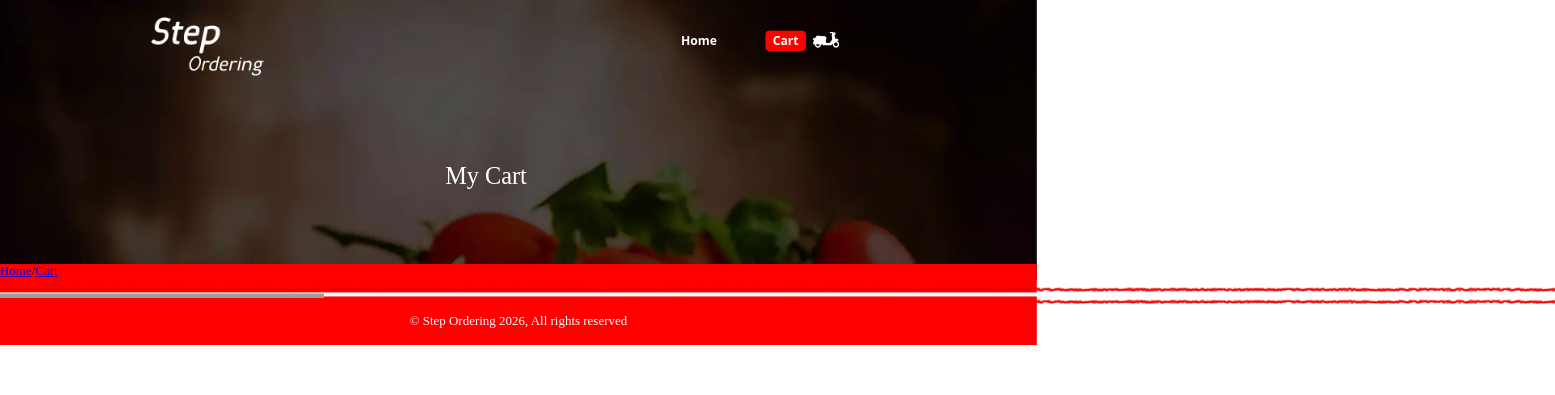
Repository: anastasia29-step/OnlineRestaurant
Page: Cart.html
The author's editor kept a copy of each file at every save. The page is drawn from the files as they stood at one save, then again after a run of saves.
The browser window is 1280 px wide. The page is 1920 px wide, so the pictures cover 1920 px, including what lies to the right of the window. The pictures show the whole page, at 81% of full size.
Pictures or frames that could not be fetched are drawn as grey boxes.

Above is the page before, as saved 2026-03-11 20:30:09.

### Cart.html
<!DOCTYPE html>
<html lang="en">
<head>
    <meta charset="UTF-8">
    <meta name="viewport" content="width=device-width, initial-scale=1.0">
    <title>Document</title>
    <link rel="stylesheet" href="./cart.css">
    <link rel="stylesheet" href="./style.css">
</head>
<body>
    <section class="FirstLine">

        <div class="beside" id="navbar">
            <div class="left">
                <a href="./index.html"><img src="./photo/logo.png" alt=""></a>
            </div>

            <div class="right">
                <a href="./index.html">Home</a>
                <a href="./Cart.html" class="a">Cart</a>
                <a href="./Cart.html">
                    <img src="./photo/istockphoto-609074524-612x612 Background Removed.png" alt=""></a>
            </div>
        </div>

        <div class="bottom">
            <h1>My Cart</h1>
        </div>

    </section>

    <div class="fisrtimg">
        <img src="./photo/border.png" alt="" class="firBorder">
    </div>

    <section class="SecondLine">
        <a href="./index.html">Home</a>
        <p>/</p>
        <a href="./Cart.html">Cart</a>
    </section>

    <div class="fisrtimg">
        <img src="./photo/border.png" alt="" class="firBorder">
    </div>


    <footer>
            <p>© Step Ordering 2026, All rights reserved</p>
    </footer>
</body>
</html>

### cart.css
* {
    margin: 0;
    padding: 0;
    box-sizing: border-box;
}

section.SecondLine {
    background-color: #FF0000;
    height: 35px;
    display: flex;
    width: 100%;
    margin-top: -25px;
}

.fisrtimg {
    width: 100%;
    height: 5px;
}

### style.css
* {
    margin: 0;
    padding: 0;
    box-sizing: border-box;
}

.section {
    display: flex;
    flex-direction: column;
    justify-content: center;
    align-items: center;
    padding: 60px;
    gap: 10px;
}

section.section img {
    width: 80%;
    height: 5px;
    display: flex;
    justify-content: center;
    align-items: center;
}

.section h1 {
    font-style: bold;
    font-family: "Roboto Slab", serif;
    font-weight: 900;
}

ul {
    display: flex;
    justify-content: center;
    height: 80px;
    flex-wrap: wrap;
    list-style: none;
    font-weight: 400;
    gap: 18px;
    font-family: system-ui, -apple-system, BlinkMacSystemFont, 'Segoe UI', Roboto, Oxygen, Ubuntu, Cantarell, 'Open Sans', 'Helvetica Neue', sans-serif;
    align-items: center;
    margin-bottom: -12px;
}

ul::after {
    content: "";
    display: block;
    height: 6px;
    background-image: url("border.png");
    background-repeat: repeat-x;
    background-position: bottom;
}

.FirstLine {
    height: 48vh;
    background-image: url(./photo/inner_banner.jpg);
    background-position: center;
    background-repeat: no-repeat;
    background-size: cover;
    padding-left: 170px;
    padding-top: 20px;
}

.beside {
    position: fixed;
    top: 0;
    left: 0;
    width: 100%;
    display: flex;
    justify-content: space-between;
    padding: 20px 170px;
    transition: 0.3s;
    z-index: 1000;
}

.beside.active {
    background: rgba(5, 5, 5, 0.8);
}

.beside.active::after {
    content: "";
    position: absolute;
    bottom: 0;
    left: 0;
    width: 100%;
    height: 100px;
    background-image: url("photo/border.png");
    background-repeat: repeat-x;
    content: "";
    position: absolute;
    bottom: 0;
    left: 0;
    width: 100%;
    height: 5px;
    background-image: url("photo/border.png");
    background-repeat: repeat-x;
}

.beside .right {
    display: flex;
    gap: 20px;
    padding-right: 60px;
    padding-top: 20px;
}

.FirstLine .right :first-child:hover {
    color: #FFCC00;
}

.beside .right a {
    text-decoration: none;
    color: white;
    font-family: system-ui, -apple-system, BlinkMacSystemFont, 'Segoe UI', Roboto, Oxygen, Ubuntu, Cantarell, 'Open Sans', 'Helvetica Neue', sans-serif;
    font-size: 15px;
    font-weight: 700;
}

.beside .right .a {
    background-color: red;
    width: 50px;
    height: 25px;
    padding-top: 2px;
    text-align: center;
    border-radius: 5px;
    margin-top: -2px;
    margin-left: 40px;
}

.beside .right .a:hover+a img {
    transform: translateX(50px);
}

.beside .right img {
    width: 60px;
    margin-top: -21px;
    margin-left: -25px;
    transition: transform 3.0s;
}

.FirstLine .bottom h1 {
    text-align: center;
    color: white;
    margin-top: 180px;
    margin-right: 250px;
    font-size: 30px;
    font-weight: 500;
    font-family: "Roboto Slab", serif;
}

.section h1 {
    font-weight: 500;
    font-size: 35px;
}

ul li {
    height: 100%;
    font-size: 20px;
    cursor: pointer;
    transition: 0.5s;
    display: flex;
    flex-wrap: wrap;
    justify-content: center;
    align-items: center;
    padding: 5px;
    position: relative;
}

ul li:hover {
    background-color: red;
    color: white;
    position: relative;

}

ul li:hover::after {
    position: absolute;
    left: 0;
    right: 0;
    top: -4px;
    margin: auto;
    content: "";
    background: url(https://restaurant.stepprojects.ge/images/copyright_border.png);
    width: 100%;
    height: 6px;
    background-repeat: no-repeat;
}

ul li:hover::before {
    position: absolute;
    content: "";
    left: -4px;
    bottom: 0;
    top: 0;
    margin: auto;
    background: url(/photo/hover_Vbg.png);
    width: 6px;
}

.sectionCard {
    display: flex;
    width: 100%;
    padding: 60px;
    margin-top: -140px;
    justify-content: center;
}

.leftSide {
    width: 30%;
    padding: 40px;
    margin-left: 50px;
}

.filteredCard {
    width: 250px;
    height: 390px;
    display: flex;
    flex-direction: column;
    justify-content: space-between;
    align-items: center;
    padding: 20px;
    padding-bottom: 20px;
    background-color: #F1F1F1;
    border: 1px solid rgb(174, 172, 172);
    border-radius: 5px;
    font-family: system-ui, -apple-system, BlinkMacSystemFont, 'Segoe UI', Roboto, Oxygen, Ubuntu, Cantarell, 'Open Sans', 'Helvetica Neue', sans-serif;
    font-size: 18px;
    margin-left: 50px;

}

.filteredCard p {
    margin-top: -5px;
    margin-bottom: 10px;
}

.first {
    display: flex;
    width: 100%;
    justify-content: space-between;
}

.next {
    display: flex;
    align-items: center;
    text-align: center;
    width: 200px;
    height: 40px;
    gap: 10px;
    margin-top: -30px;
    margin-bottom: -10px;
}

.next .check {
    width: 20px;
    height: 20px;
    cursor: pointer;
    appearance: none;
    border: 2px solid grey;
    border-radius: 2px;
}
.next .check:checked {
    background-color: red;
    border: 2px solid red;
}
.next .check:checked::after {
    content: "✔";
    color: white;
    font-size: 14px;
    display: flex;
    justify-content: center;
    align-items: center;
}

.check:hover {
    border: 2px solid black;
}

.next p {
    font-size: 15px;
    margin-top: 5px;
}

.filteredCard button {
    height: 45px;
    width: 210px;
    background-color: #FF0000;
    color: white;
    border: none;
    border-radius: 5px;
    cursor: pointer;
    transition: 0.5s;
    font-size: 16px;
    font-family: system-ui, -apple-system, BlinkMacSystemFont, 'Segoe UI', Roboto, Oxygen, Ubuntu, Cantarell, 'Open Sans', 'Helvetica Neue', sans-serif;
    font-weight: 800;
}

.reset {
    margin-bottom: 25px;
}

.range {
    width: 90%;
    appearance: none;
    -webkit-appearance: none;
    margin-top: -40px;
}

.range::-webkit-slider-runnable-track {
    height: 10px;
    background: #FF0000;
    border-radius: 10px;
}

.range::-webkit-slider-thumb {
    appearance: none;
    -webkit-appearance: none;
    width: 20px;
    height: 20px;
    background-color: white;
    border-radius: 50%;
    border: 1px solid grey;
    cursor: pointer;
    margin-top: -6px;
}

.range::-moz-range-track {
    height: 6px;
    background-color: red;
    border-radius: 10px;
}

.range::-moz-range-thumb {
    width: 18px;
    height: 18px;
    background-color: white;
    border-radius: 50%;
    cursor: pointer;
}


.filteredCard button:hover {
    background-color: #FFCC00;
}

.rightSide {
    display: flex;
    justify-content: center;
    flex-wrap: wrap;
    padding: 40px;
    gap: 25px;
    margin-left: -150px;
}

.card {
    width: 250px;
    height: 420px;
    display: flex;
    flex-direction: column;
    align-items: center;
    justify-content: space-between;
    padding-bottom: 15px;
    border: 2px solid #CFCFCF;
    border-radius: 17px;
    cursor: pointer;
    transition: 0.5s;
    position: relative;
}

.card:hover {
    box-shadow: 0 0 20px black;
}
.card img {
    width: 100%;
    height: 202px;
    object-fit: cover;
    margin-top: -2px;
    border-top-left-radius: 17px;
    border-top-right-radius: 17px;
    background-color: #CFCFCF;
}

.card h1 {
    font-size: 20px;
    font-family: system-ui, -apple-system, BlinkMacSystemFont, 'Segoe UI', Roboto, Oxygen, Ubuntu, Cantarell, 'Open Sans', 'Helvetica Neue', sans-serif;
}

.sides {
    display: flex;
    justify-content: center;
    gap: 7px;
}

.checks {
    display: flex;
    gap: 3px;
}

.card .bottom {
    width: 100%;
    padding: 10px;
    display: flex;
    justify-content: space-between;
    align-items: center;
}

.card .bottom button {
    height: 38px;
    width: 104px;
    display: flex;
    justify-content: center;
    align-items: center;
    border: 2px double rgb(26, 26, 26);
    background-color: transparent;
    transition: 0.5s;
    cursor: pointer;
    position: relative;
}

.card .bottom button::before {
    content: "";
    top: -3px;
    left: -4px;
    position: absolute;
    background: url(/photo/bt_border.png);
    width: 108px;
    height: 42px;
}

.card .bottom button:hover {
    background-color: #FF0000;
    color: white;
    border: none;
}

.card .bottom button:hover::before {
    content: "";
    top: -3px;
    left: -4px;
    position: absolute;
    background: url(/photo/bt_hoverborder.png);
    width: 108px;
    height: 42px;
}

footer {
    background-color: #FF0000;
    height: 60px;
    width: 1200px;
    display: flex;
    justify-content: center;
    align-items: center;
    text-align: center;
    color: white;
    position: relative;
    float: left;
    width: 100%;
    padding: 18px;

}

footer::after {
    position: absolute;
    left: 0;
    right: 0;
    top: -4px;
    margin: auto;
    content: "";
    background: url(https://restaurant.stepprojects.ge/images/copyright_border.png);
    width: 100%;
    height: 6px;
    background-repeat: no-repeat;
}

After the next 5 saves:
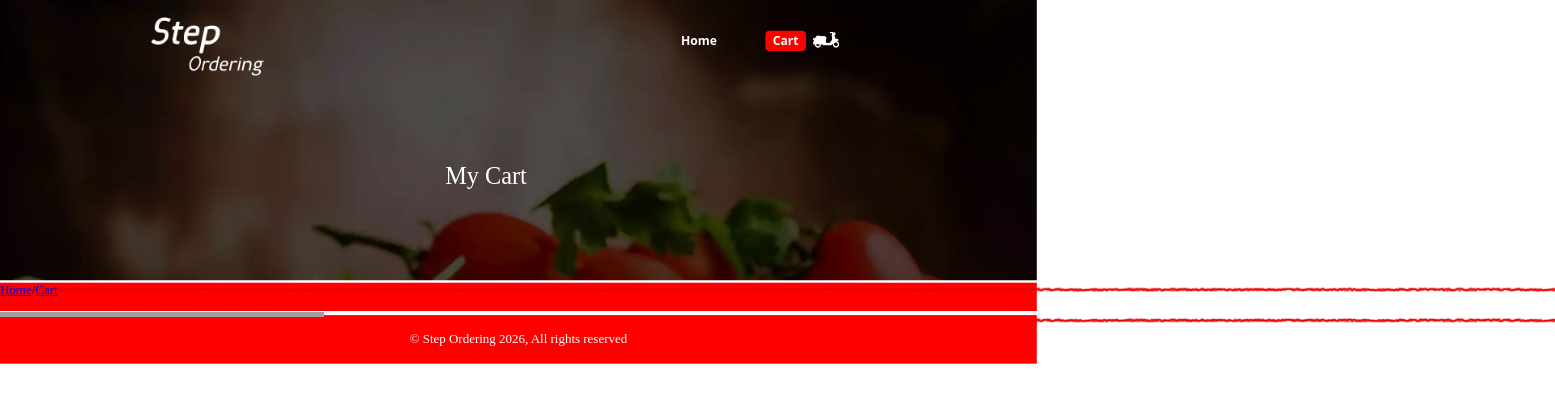
The 5 saves are shown as one change because they came seconds apart.
The last was saved 17 s later.
--- a/cart.css
+++ b/cart.css
@@ -9,7 +9,7 @@
     height: 35px;
     display: flex;
     width: 100%;
-    margin-top: -25px;
+    margin-top: -2px;
 }
 
 .fisrtimg {
